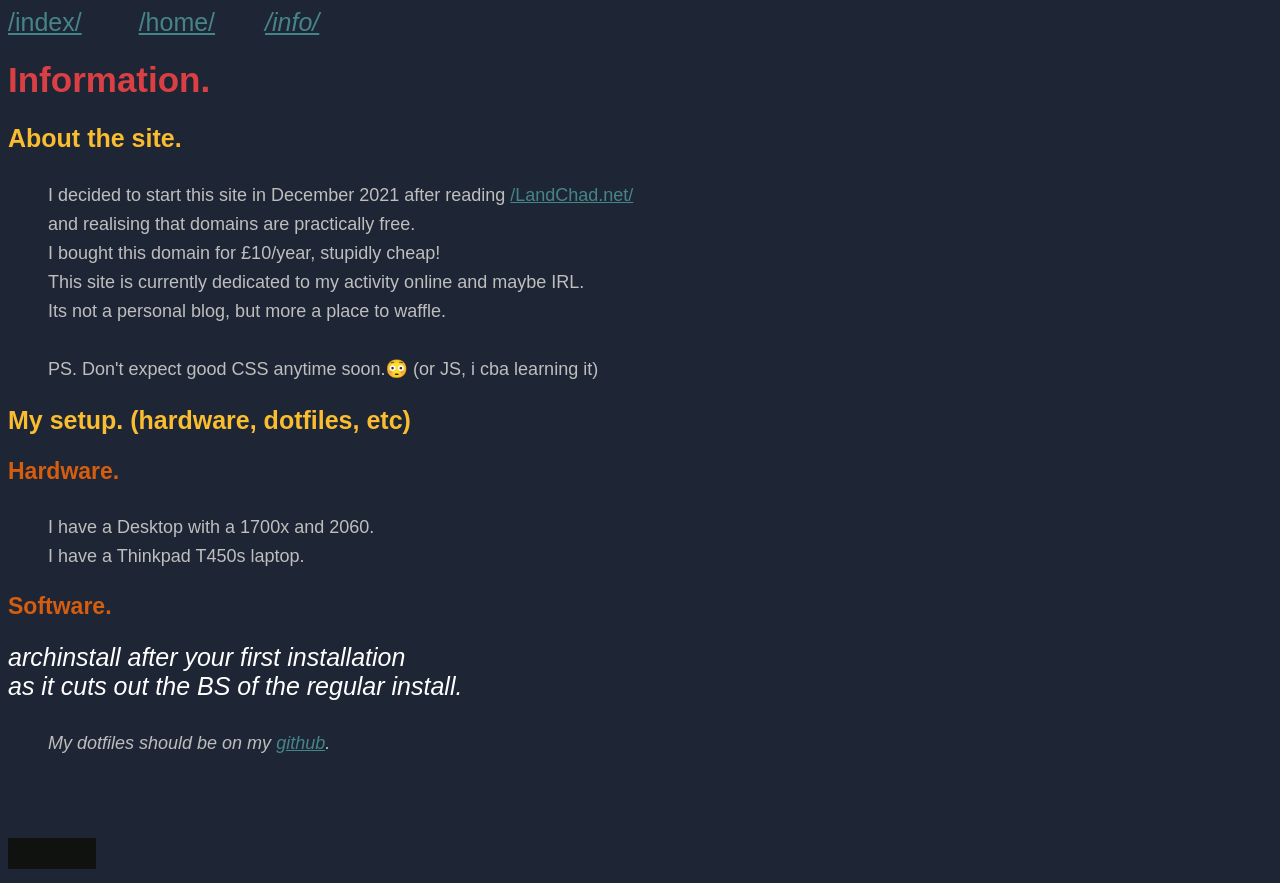
Repository: KieranCrossland/kierancrosslandxyz
Page: info.html
These files come from the project's save history. The page is drawn as it stood at one moment and after the next save; the edit follows.
The browser window is 1280 px wide. The pictures show the whole page.

Above is the page before, as saved 2022-06-19 02:22:33.

After the next save:
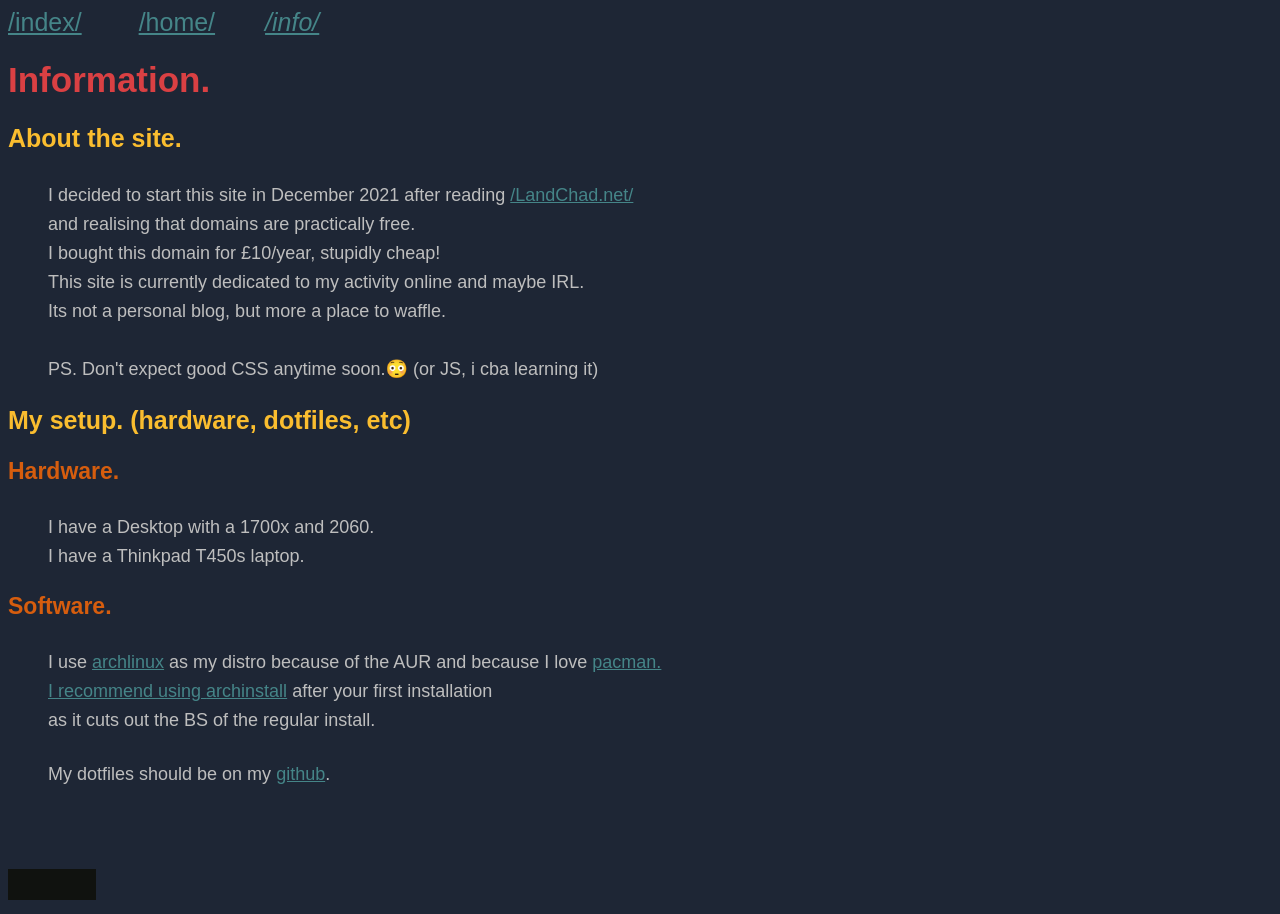
Saved 7 s later.
--- a/info.html
+++ b/info.html
@@ -85,7 +85,8 @@ h3 {
 <ul><p1>I have a Desktop with a 1700x and 2060.<br>I have a Thinkpad T450s laptop.</p1></ul>
 
 <h3>Software.</h3>
-<I recommend using <a href="https://wiki.archlinux.org/title/Archinstall" target="_blank">archinstall</a> after your first installation<br>as it cuts out the BS of the regular install. </p1></ul>
+<ul><p1>I use <a href="https://archlinux.org/" target="_blank">archlinux</a> as my distro because of the AUR and because I love <a href="https://wiki.archlinux.org/title/Pacman" target="_blank">pacman.<br>
+  I recommend using <a href="https://wiki.archlinux.org/title/Archinstall" target="_blank">archinstall</a> after your first installation<br>as it cuts out the BS of the regular install. </p1></ul>
 <ul><p1>My dotfiles should be on my <a href="https://github.com/kierancrossland" target="_blank">github</a>.</p1></ul>
 <br><br><a href="https://landchad.net" target="_blank">
  <img src="img/landchad.gif" width="88px" height="31px" alt=""/>
